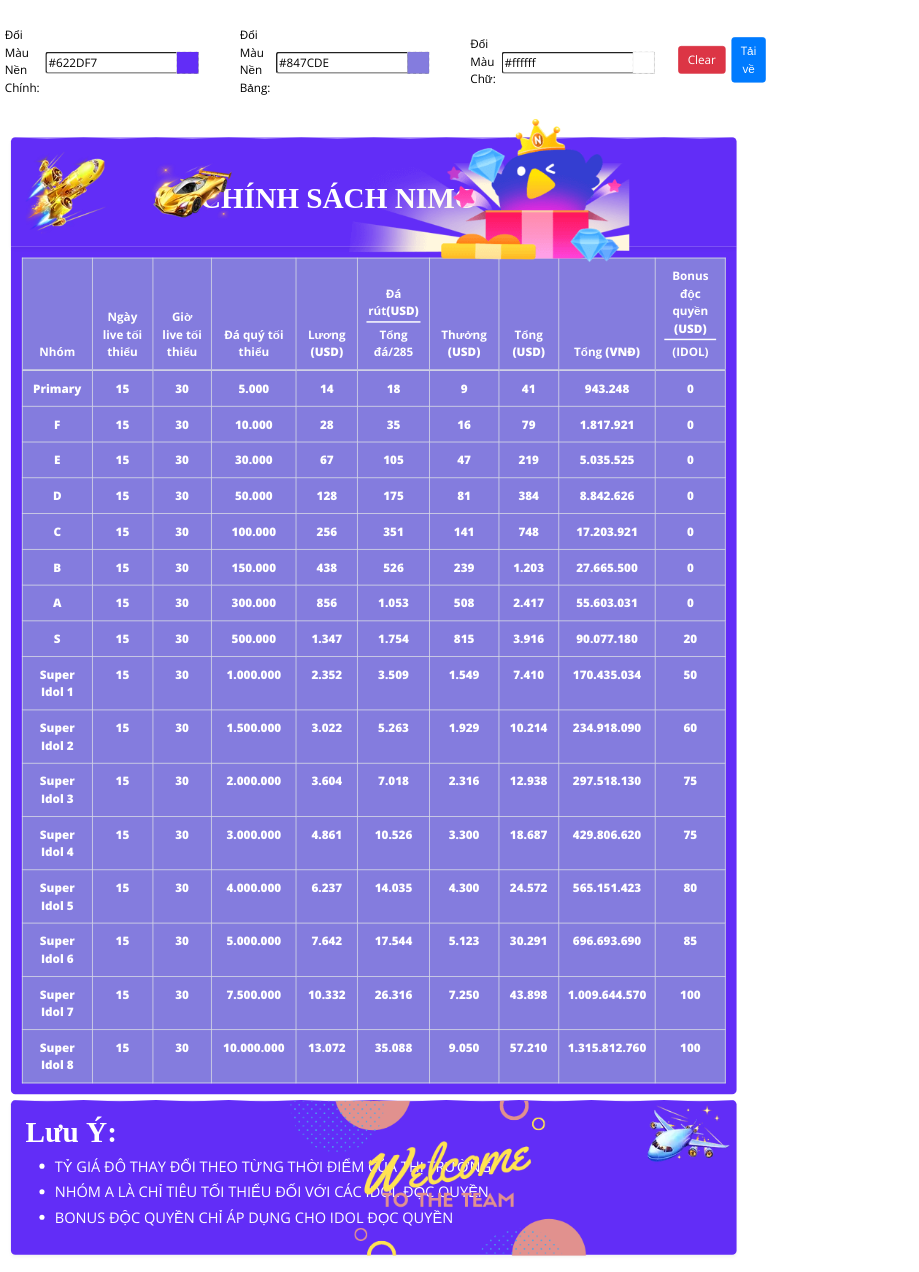
Repository: dav1601/nimo-work
Page: http://localhost/
These files come from the project's save history. The page is drawn as it stood at one moment and after a run of saves; the edit follows.
The browser window is 1024 px wide. The page is 1259 px wide, so the pictures cover 1259 px, including what lies to the right of the window. The pictures show the whole page, at 73% of full size.
The page is run by PHP 8.4 with error messages shown; the project is at /var/www/html/.

Above is the page before, as saved 2022-04-15 15:41:02.

After the next 2 saves:
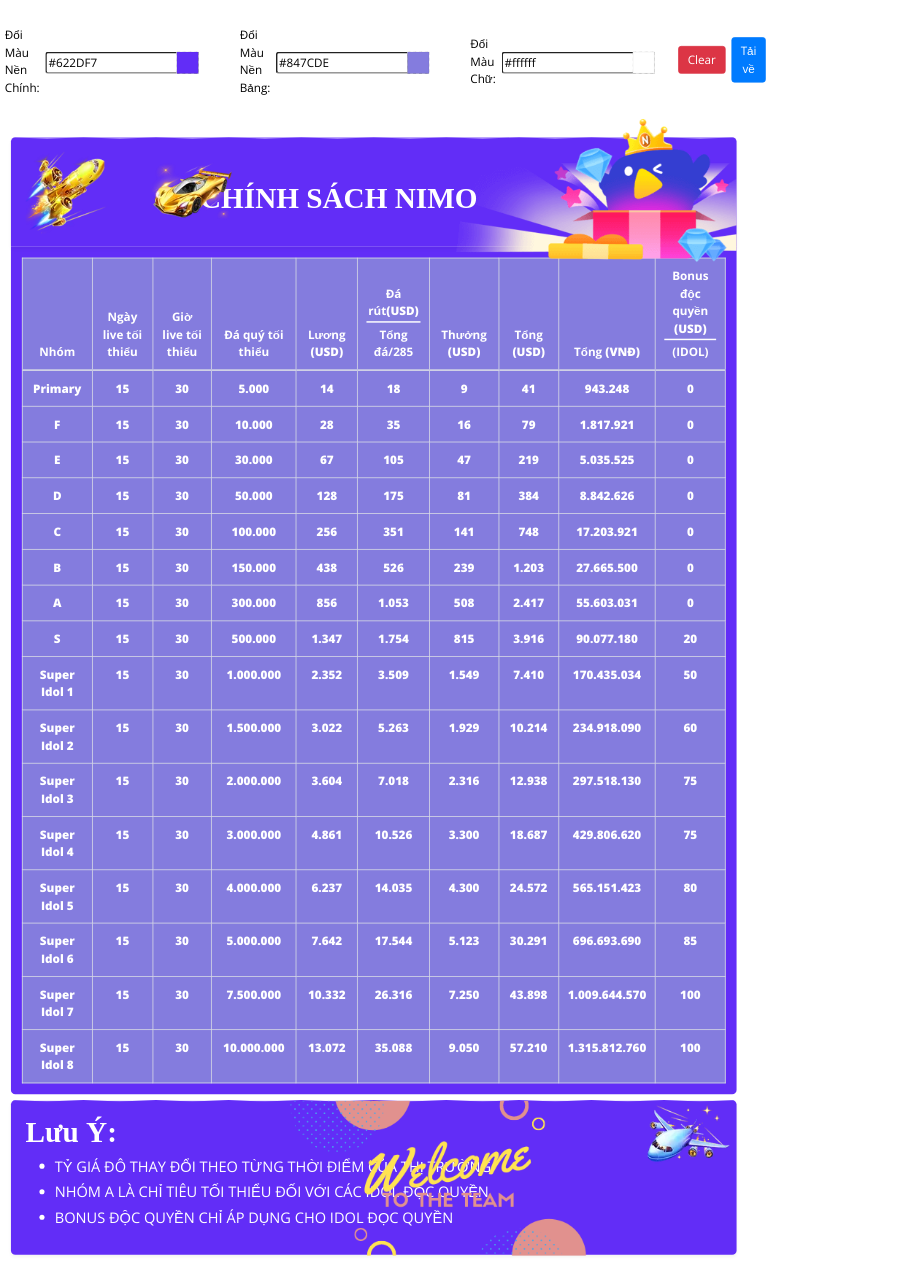
The 2 saves are shown as one change because they came seconds apart.
The last was saved 43 s later.
--- a/index.php
+++ b/index.php
@@ -213,7 +213,7 @@
         }
 
         .main-header {
-            margin-top: 2.5rem  !important;
+            margin-top: 2.5rem !important;
         }
 
         @media only screen and (max-width: 1366px) {
@@ -243,9 +243,15 @@
                 top: -25px;
             }
         }
+
         @media only screen and (max-width: 1080px) {
             .img-4 {
                 display: none;
+            }
+
+            .img-7 {
+                right: 0px;
+                top: -25px;
             }
 
         }

After the save that followed:
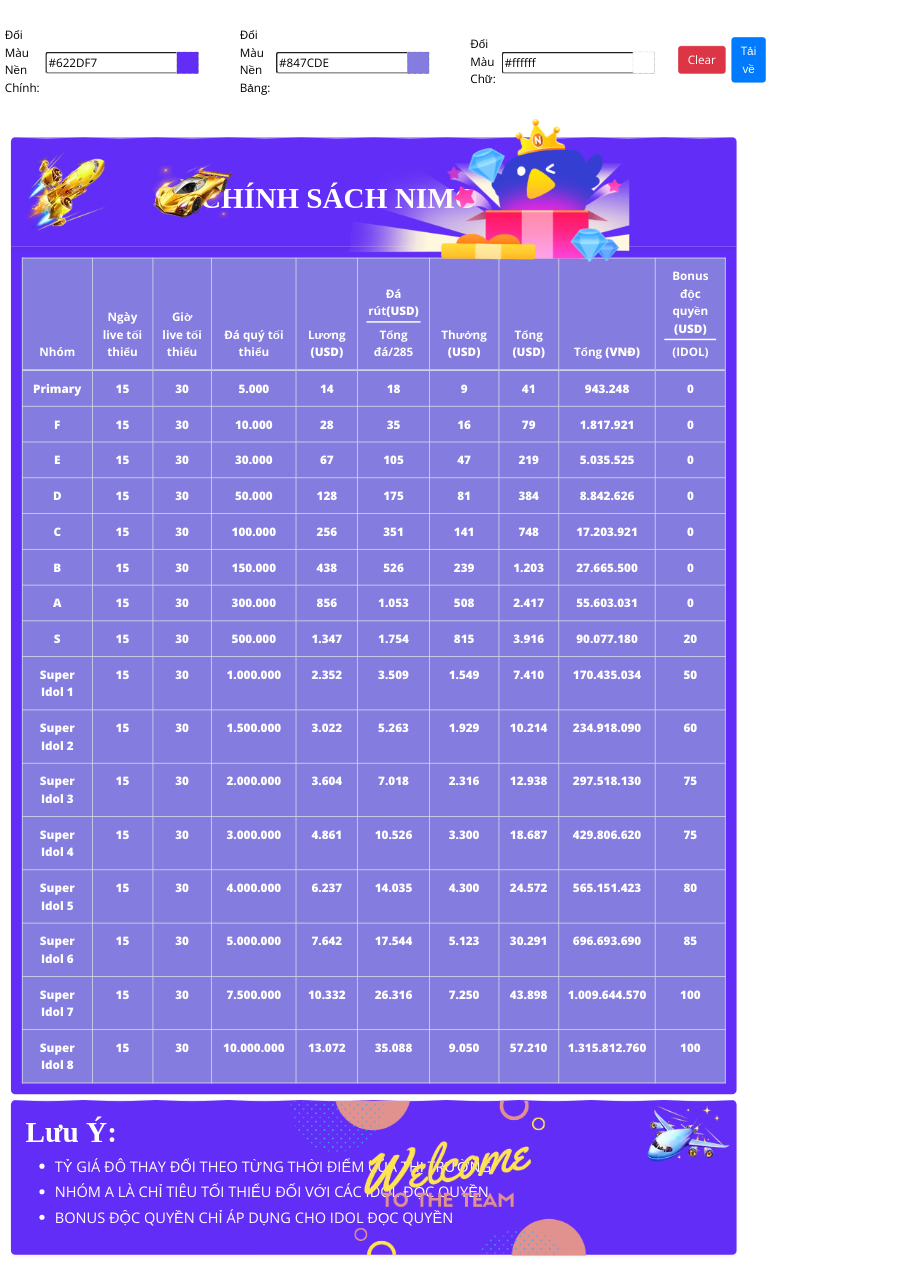
Saved 7 s later.
--- a/index.php
+++ b/index.php
@@ -249,10 +249,7 @@
                 display: none;
             }
 
-            .img-7 {
-                right: 0px;
-                top: -25px;
-            }
+
 
         }
     </style>
